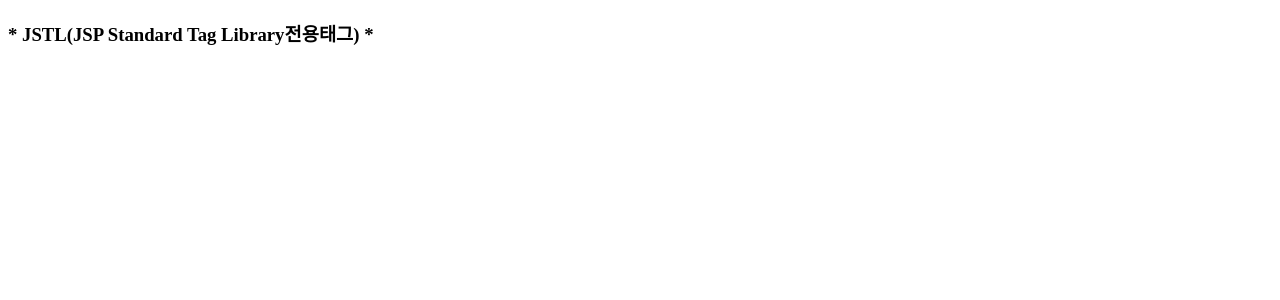
Repository: wlsgml0156/basicJava
Page: http://localhost/mvcTest/jstl/jstlTest1.jsp
The author's editor kept a copy of each file at every save. The page is drawn from the files as they stood at one save, then again after the next save.
The browser window is 1280 px wide. The pictures show the whole page.
The page is served by Tomcat 9. Other server files are loaded and not shown.

Above is the page before, as saved 2020-01-30 02:59:17.

### mvcTest/WebContent/jstl/jstlTest1.jsp
<%@ page language="java" contentType="text/html; charset=UTF-8"%>

<%-- JSTL를 사용하기 위해서는 Directive를 선언해야 한다 --%>
<%@ taglib prefix="c"  uri="http://java.sun.com/jsp/jstl/core"%>
<%@ taglib prefix="fn" uri="http://java.sun.com/jsp/jstl/functions"%>

<!DOCTYPE html>
<html>
<head>
<meta charset="UTF-8">
<title>jstlTest1.jsp</title>
</head>
<body>
  <h3>* JSTL(JSP Standard Tag Library전용태그) *</h3>


</body>
</html>

After the next save:
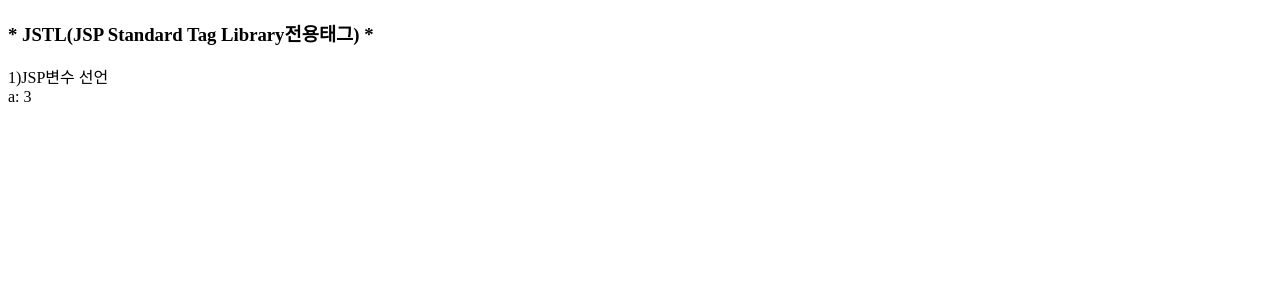
Saved 64 s later.
--- a/mvcTest/WebContent/jstl/jstlTest1.jsp
+++ b/mvcTest/WebContent/jstl/jstlTest1.jsp
@@ -12,6 +12,17 @@
 </head>
 <body>
   <h3>* JSTL(JSP Standard Tag Library전용태그) *</h3>
+  1)JSP변수 선언<br>
+<%int a=3; %>
+  a: <%=a %><br>
+
+
+
+
+
+
+
+
 
 
 </body>
